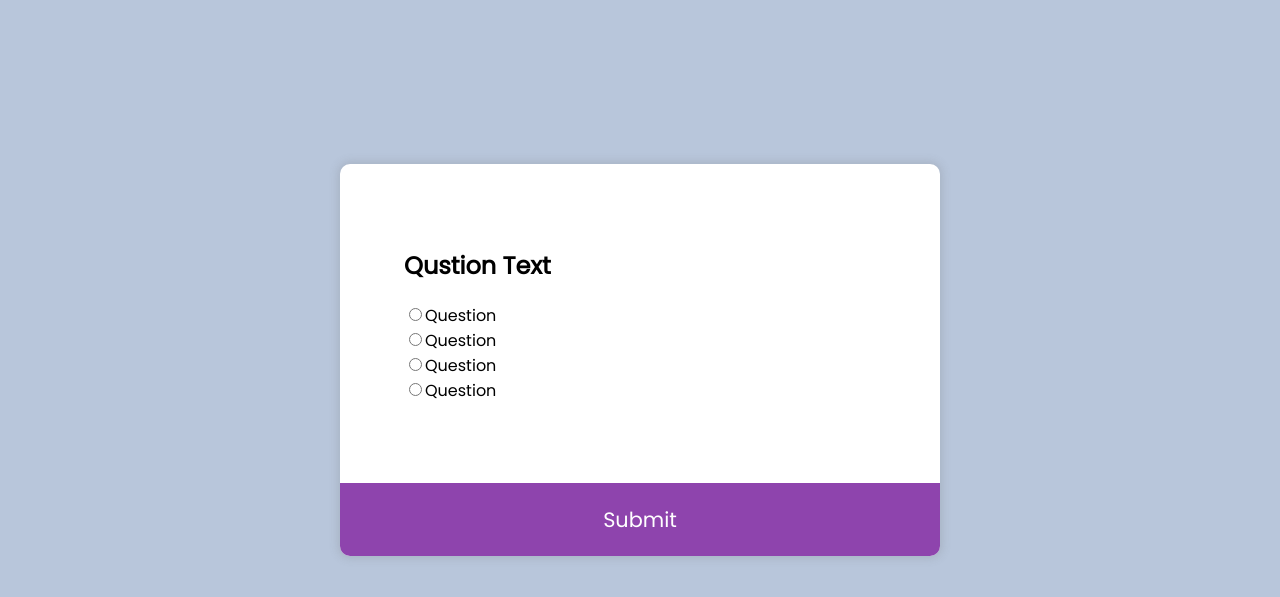
Repository: Abhi2359/Intermediate-projects
Page: Quiz App/index.html
The author's editor kept a copy of each file at every save. The page is drawn from the files as they stood at one save, then again after a run of saves.
The browser window is 1280 px wide. The pictures show the whole page.

Above is the page before, as saved 2023-01-31 14:20:13.

After the next 2 saves:
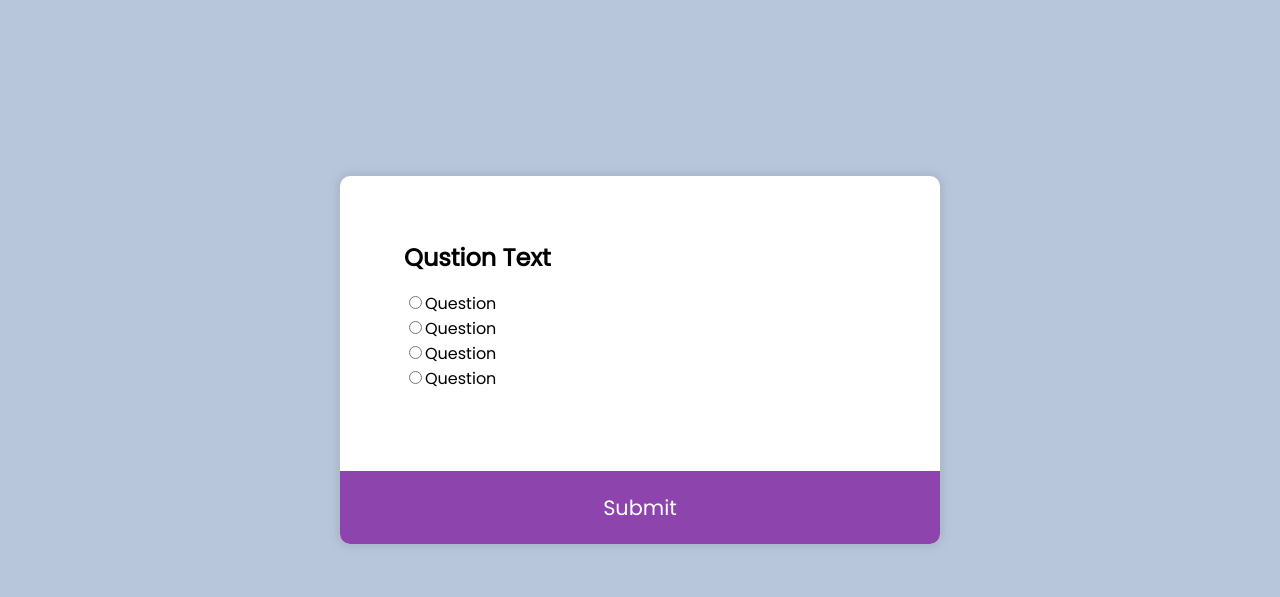
The 2 saves are shown as one change because they came seconds apart.
The last was saved 5 s later.
--- a/Quiz App/style.css
+++ b/Quiz App/style.css
@@ -30,7 +30,7 @@ body {
    padding: 4rem;
  }
  h2{
-  masrgi
+  margin: 0;
  }
 
  ul{
